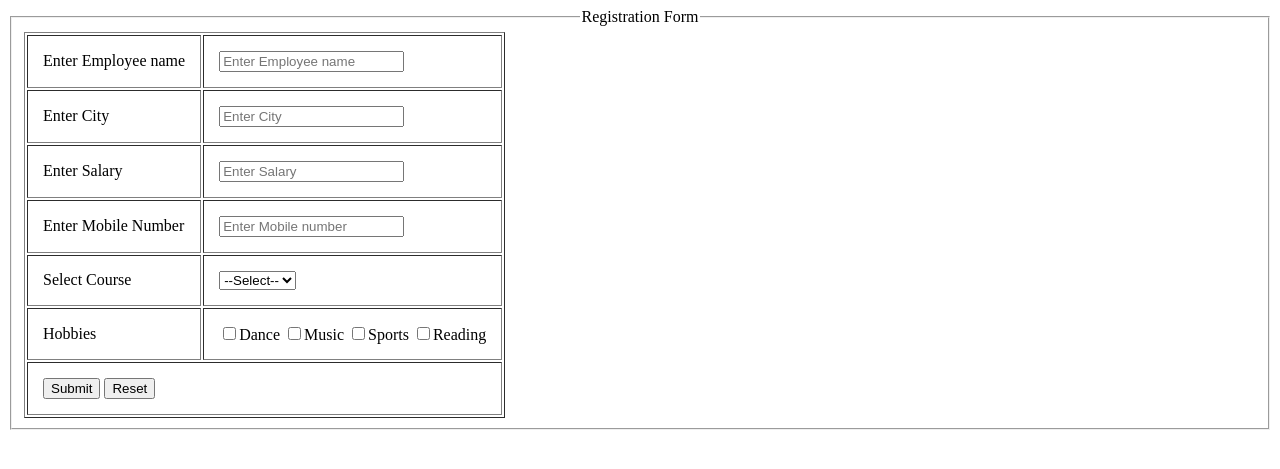
Repository: bigee1397/22-3-2024
Page: http://localhost/RDDemo/
An editor plug-in stored every save of this project. The page is shown before and after the next save, followed by the edit.
The browser window is 1280 px wide. The pictures show the whole page.
The page is served by Tomcat 9. Other server files are loaded and not shown.

Above is the page before, as saved 2024-03-15 05:26:36.

### jspandservlets/RDDemo/src/main/webapp/index.jsp
<%@ page language="java" contentType="text/html; charset=ISO-8859-1"
    pageEncoding="ISO-8859-1" %>
<!DOCTYPE html>
<html>
<head>
<meta charset="ISO-8859-1">
<title>Insert title here</title>
<style>
	td{
		padding:15px;
	}
	table {
		margin: auto 0 ;
	}
</style>
</head>
<body>
	<fieldset>
		<legend align="center">Registration Form</legend>
		<form action="registerServlet" method="post">
			<table align="left" border="1">
				<tr>
					<td>Enter Employee name</td>
					<td><input type="text" name="employeeName" placeholder="Enter Employee name" /> </td>
				</tr>
				<tr>
					<td>Enter City</td>
					<td><input type="text" name="city" placeholder="Enter City" /> </td>
				</tr>
				<tr>
					<td>Enter Salary</td>
					<td><input type="number" name="salary" placeholder="Enter Salary" /> </td>
				</tr>
				<tr>
					<td>Enter Mobile Number</td>
					<td><input type="tel" name="mobile" placeholder="Enter Mobile number" /> </td>
				</tr>
				<tr>
					<td>Select Course</td>
					<td>
						<select name="course">
				            <option>--Select--</option>
				            <option value="Java">Java</option>
				            <option value="Spring">Spring</option>
				            <option value="Angular">Angular</option>
				            <option value="Node">Node</option>
			        	</select>
			        </td>
				</tr>
				<tr>
					<td>Hobbies</td>
					<td>
						<input type="checkbox" name="hobby" value="dance">Dance
				        <input type="checkbox" name="hobby" value="music">Music
				        <input type="checkbox" name="hobby" value="sports">Sports
				        <input type="checkbox" name="hobby" value="reading">Reading
			        </td>
				</tr>
				<tr>
					<td colspan=2><input type="submit" value="Submit">
					<input type="reset" value="Reset"></td>
				</tr>

			</table>
		</form>
	</fieldset>
</body>
</html>

After the next save:
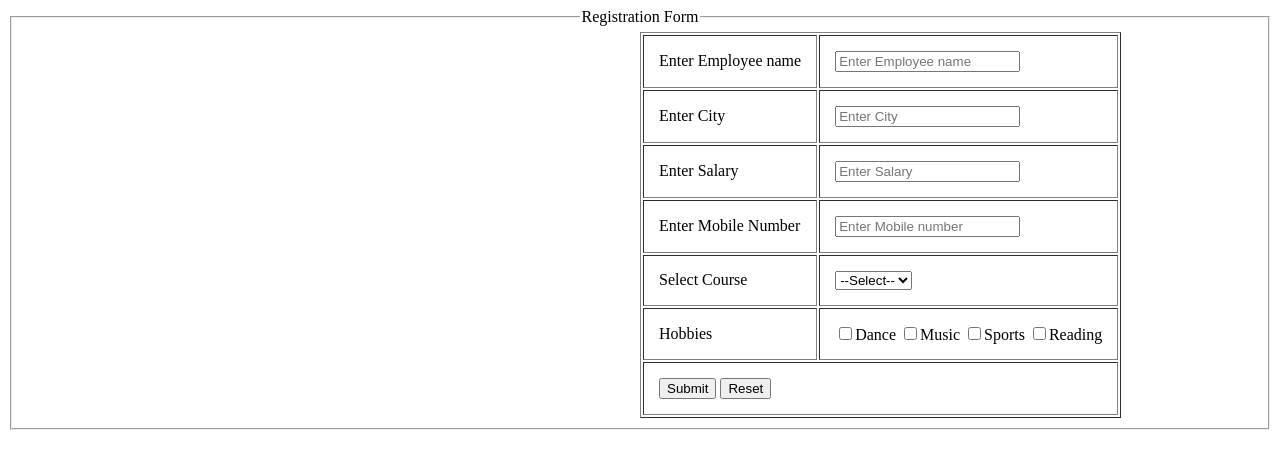
Saved 19 s later.
--- a/jspandservlets/RDDemo/src/main/webapp/index.jsp
+++ b/jspandservlets/RDDemo/src/main/webapp/index.jsp
@@ -10,7 +10,7 @@
 		padding:15px;
 	}
 	table {
-		margin: auto 0 ;
+		margin-left: 50%;
 	}
 </style>
 </head>
